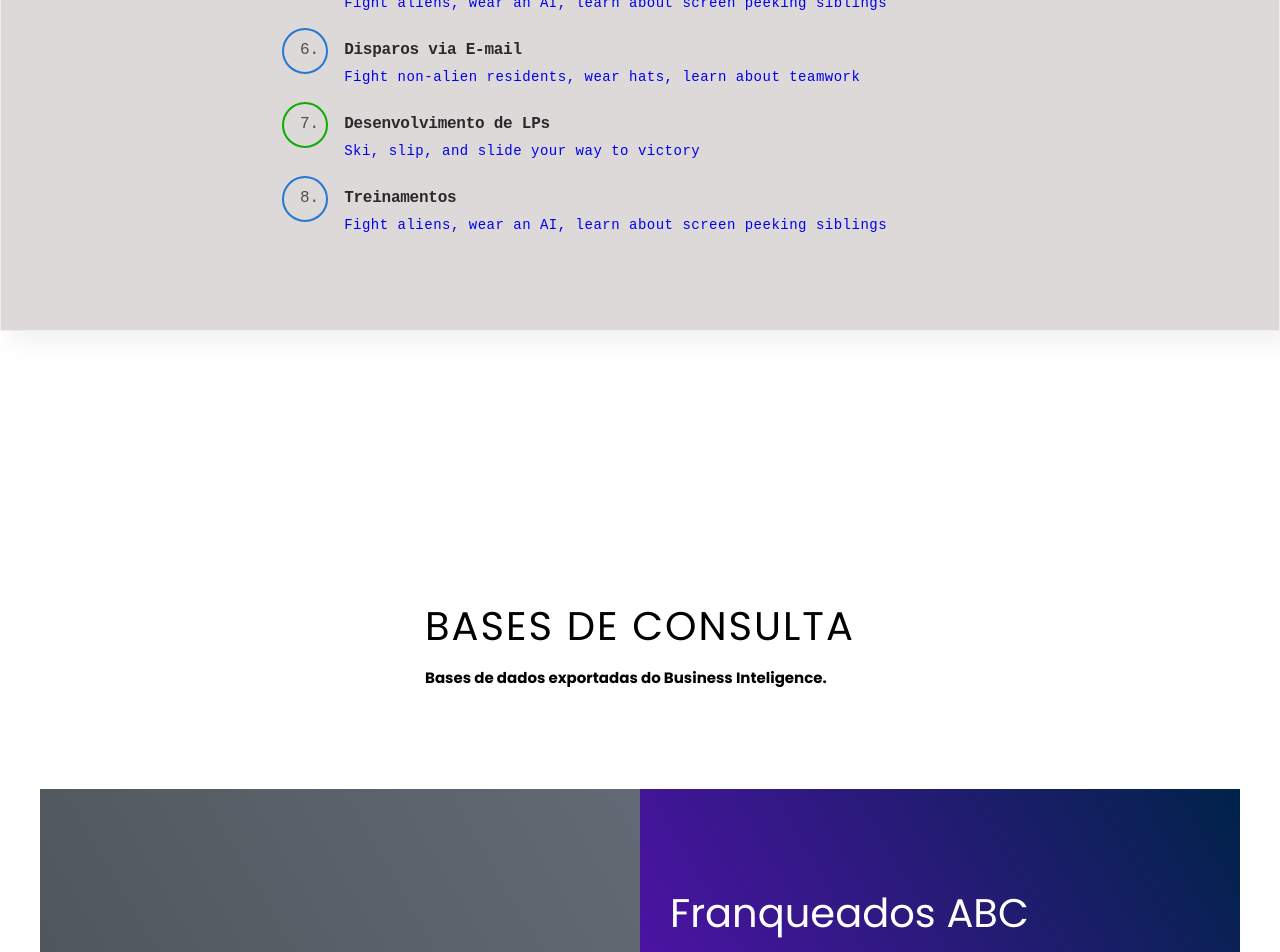
Repository: douglasabnovato/apresentacao
Page: index.html
The author's editor kept a copy of each file at every save. The page is drawn from the files as they stood at one save, then again after the next save.
The browser window is 1280 px wide. The pictures show the part of the page from y = 1353 to 2305 px (the page is 13428 px tall before and 13502 px after).
Pictures or frames that could not be fetched are drawn as grey boxes.

Above is the page before, as saved 2025-01-14 16:11:58.

### index.html
<!DOCTYPE html>
<html lang="pt-br">
  <head>
    <meta charset="UTF-8" />
    <meta name="viewport" content="width=device-width, initial-scale=1.0" />
    <link rel="stylesheet" href="./style.css" />
    <link rel="shortcut icon" href="./public/logo.png" type="image/x-icon">
    <title>Apresentação</title>
  </head>
  <body>
    <section id="presentation">
      <div class="presentation container">
        <div>
          <h1>Olá,<span></span></h1>
          <h1>meu nome é<span></span></h1>
          <h1>Douglas<span></span></h1>
          <a href="#description" type="button" class="cta">ABC CRM - Passo a Passo</a>
        </div>
      </div>
    </section>
    <section id="description">
      <div class="description">
        <div class="description header">
          <h1 class="section-title"><span>ABC CRM - Passo a Passo</span></h1>
          <h2>Nesse portal teremos o passo a passo das tarefas realizadas no CRM.</h2>
          <ol class="alternating-colors">
              <li>
                <a href="#project-1">
                  <strong>Bases de Consulta</strong>
                  <p>Fight aliens, wear a head crab, learn about gravity</p>
                </a>
              </li>
              <li>
                <a href="#project-2">
                  <strong>CRUD Guide Shop</strong>
                  <p>Fight aliens, wear an AI, learn about screen peeking siblings</p>
                </a>
              </li>
            <li>
              <a href="#project-3">
                <strong>Hospedagem de Vídeos</strong>
                <p>Fight aliens, wear an AI, learn about screen peeking siblings</p>
              </a>
            </li>
            <li><a href="#project-4">
              <strong>Treinamentos</strong>
              <p>Fight aliens, wear an AI, learn about screen peeking siblings</p>
            </a></li>
            <li><a href="#project-5">
              <strong>Disparos via Whatsapp</strong>
              <p>Fight aliens, wear an AI, learn about screen peeking siblings</p>
            </a></li>
            <li><a href="#project-6">
              <strong>Disparos via E-mail</strong>
              <p>Fight non-alien residents, wear hats, learn about teamwork</p>
            </a></li>
            <li><a href="#project-7">
              <strong>Desenvolvimento de LPs</strong>
              <p>Ski, slip, and slide your way to victory</p>
            </a></li>
            <li><a href="#project-8">
              <strong>Treinamentos</strong>
              <p>Fight aliens, wear an AI, learn about screen peeking siblings</p>
            </a></li>
          </ol>
        </div>
      </div>
    </section>
    <section id="portfolio">
      <div class="portfolio container">
        <div id="project-1" class="all-projects">
          <div class="portfolio header">
            <h2 class="section-title"><span>BASES de Consulta</span></h1>
            <h2>Bases de dados exportadas do Business Inteligence.</h2>
          </div>
          <div class="project-item">
            <div class="project-info">
              <h1>Franqueados ABC</h1>
              <h2>CONTATOS LOJAS</h2>
              <p>
                consultor de bolso: tel consultor e tel franqueado
              </p>
              <p>
                contato para clientes: tel franquia
              </p>
              <p>
                Local do arquivo: \Relatórios BI - BI - Bases CRM\BI - Monitoramento Ações CRM BASE GUIDE SHOP
              </p>
            </div>
            <div class="project-img">
              <img src="./assets/1-multi-PR-Guarapuava.png" alt="img" />
            </div>
          </div>
          <div class="project-item">
            <div class="project-info">
              <h1>Projeto 2</h1>
              <h2>Codar é vida</h2>
              <p>
                Lorem ipsum dolor sit amet, consectetur adipiscing elit. Donec
                nec eros leo. Vestibulum aliquam vel libero eget porttitor. Nunc
                nisl nunc, suscipit quis quam ut, congue fermentum ipsum. In
                consectetur, leo a accumsan eleifend, tortor leo eleifend nunc,
                sed pulvinar neque urna vitae dui.
              </p>
            </div>
            <div class="project-img">
              <img src="./assets/2-light-SC-Jaragua-do-Sul.png" alt="img" />
            </div>
          </div>
          <div class="project-item">
            <div class="project-info">
              <h1>Projeto 3</h1>
              <h2>Codar é amor</h2>
              <p>
                Lorem ipsum dolor sit amet, consectetur adipiscing elit. Donec
                nec eros leo. Vestibulum aliquam vel libero eget porttitor. Nunc
                nisl nunc, suscipit quis quam ut, congue fermentum ipsum. In
                consectetur, leo a accumsan eleifend, tortor leo eleifend nunc,
                sed pulvinar neque urna vitae dui.
              </p>
            </div>
            <div class="project-img">
              <img src="./assets/3-total-PR-Curitiba-1.png" alt="img" />
            </div>
          </div>
          <div class="project-item">
            <div class="project-info">
              <h1>Projeto 4</h1>
              <h2>Codar é gostoso demais</h2>
              <p>
                Lorem ipsum dolor sit amet, consectetur adipiscing elit. Donec
                nec eros leo. Vestibulum aliquam vel libero eget porttitor. Nunc
                nisl nunc, suscipit quis quam ut, congue fermentum ipsum. In
                consectetur, leo a accumsan eleifend, tortor leo eleifend nunc,
                sed pulvinar neque urna vitae dui.
              </p>
            </div>
            <div class="project-img">
              <img src="./assets/4-MG-Aimores.png" alt="img" />
            </div>
          </div>
        </div>
        <div id="project-2" class="all-projects">
          <div class="portfolio header">
            <h2 class="section-title"><span>Disparos via Whatsapp</span></h1>
            <h2>Campanhas </h2>
          </div>
          <div class="project-item">
            <div class="project-info">
              <h1>ABC</h1>
              <h2>Codar é daora</h2>
              <p>
                Lorem ipsum dolor sit amet, consectetur adipiscing elit. Donec
                nec eros leo. Vestibulum aliquam vel libero eget porttitor. Nunc
                nisl nunc, suscipit quis quam ut, congue fermentum ipsum. In
                consectetur, leo a accumsan eleifend, tortor leo eleifend nunc,
                sed pulvinar neque urna vitae dui.
              </p>
            </div>
            <div class="project-img">
              <img src="./assets/5-MG-Ipuiuna.png" alt="img" />
            </div>
          </div>
          <div class="project-item">
            <div class="project-info">
              <h1>Projeto 2</h1>
              <h2>Codar é vida</h2>
              <p>
                Lorem ipsum dolor sit amet, consectetur adipiscing elit. Donec
                nec eros leo. Vestibulum aliquam vel libero eget porttitor. Nunc
                nisl nunc, suscipit quis quam ut, congue fermentum ipsum. In
                consectetur, leo a accumsan eleifend, tortor leo eleifend nunc,
                sed pulvinar neque urna vitae dui.
              </p>
            </div>
            <div class="project-img">
              <img src="./assets/6-MG-Uberlandia.png" alt="img" />
            </div>
          </div>
          <div class="project-item">
            <div class="project-info">
              <h1>Projeto 3</h1>
              <h2>Codar é amor</h2>
              <p>
                Lorem ipsum dolor sit amet, consectetur adipiscing elit. Donec
                nec eros leo. Vestibulum aliquam vel libero eget porttitor. Nunc
                nisl nunc, suscipit quis quam ut, congue fermentum ipsum. In
                consectetur, leo a accumsan eleifend, tortor leo eleifend nunc,
                sed pulvinar neque urna vitae dui.
              </p>
            </div>
            <div class="project-img">
              <img src="./assets/7-PR-Cianorte.png" alt="img" />
            </div>
          </div>
          <div class="project-item">
            <div class="project-info">
              <h1>Projeto 4</h1>
              <h2>Codar é gostoso demais</h2>
              <p>
                Lorem ipsum dolor sit amet, consectetur adipiscing elit. Donec
                nec eros leo. Vestibulum aliquam vel libero eget porttitor. Nunc
                nisl nunc, suscipit quis quam ut, congue fermentum ipsum. In
                consectetur, leo a accumsan eleifend, tortor leo eleifend nunc,
                sed pulvinar neque urna vitae dui.
              </p>
            </div>
            <div class="project-img">
              <img src="./assets/8-PR-Curitiba-1.png" alt="img" />
            </div>
          </div>
        </div>
        <div id="project-3" class="all-projects">
          <div class="portfolio header">
            <h2 class="section-title"><span>Projeto 3</span></h1>
            <h2>Campanhas </h2>
          </div>
          <div class="project-item">
            <div class="project-info">
              <h1>ABC</h1>
              <h2>Codar é daora</h2>
              <p>
                Lorem ipsum dolor sit amet, consectetur adipiscing elit. Donec
                nec eros leo. Vestibulum aliquam vel libero eget porttitor. Nunc
                nisl nunc, suscipit quis quam ut, congue fermentum ipsum. In
                consectetur, leo a accumsan eleifend, tortor leo eleifend nunc,
                sed pulvinar neque urna vitae dui.
              </p>
            </div>
            <div class="project-img">
              <img src="./assets/img-1.png" alt="img" />
            </div>
          </div>
          <div class="project-item">
            <div class="project-info">
              <h1>Projeto 2</h1>
              <h2>Codar é vida</h2>
              <p>
                Lorem ipsum dolor sit amet, consectetur adipiscing elit. Donec
                nec eros leo. Vestibulum aliquam vel libero eget porttitor. Nunc
                nisl nunc, suscipit quis quam ut, congue fermentum ipsum. In
                consectetur, leo a accumsan eleifend, tortor leo eleifend nunc,
                sed pulvinar neque urna vitae dui.
              </p>
            </div>
            <div class="project-img">
              <img src="./assets/img-1.png" alt="img" />
            </div>
          </div>
        </div>
        <div id="project-4" class="all-projects">
          <div class="portfolio header">
            <h2 class="section-title"><span>Projeto 4</span></h1>
            <h2>Campanhas </h2>
          </div>
          <div class="project-item">
            <div class="project-info">
              <h1>ABC</h1>
              <h2>Codar é daora</h2>
              <p>
                Lorem ipsum dolor sit amet, consectetur adipiscing elit. Donec
                nec eros leo. Vestibulum aliquam vel libero eget porttitor. Nunc
                nisl nunc, suscipit quis quam ut, congue fermentum ipsum. In
                consectetur, leo a accumsan eleifend, tortor leo eleifend nunc,
                sed pulvinar neque urna vitae dui.
              </p>
            </div>
            <div class="project-img">
              <img src="./assets/img-1.png" alt="img" />
            </div>
          </div>
          <div class="project-item">
            <div class="project-info">
              <h1>Projeto 2</h1>
              <h2>Codar é vida</h2>
              <p>
                Lorem ipsum dolor sit amet, consectetur adipiscing elit. Donec
                nec eros leo. Vestibulum aliquam vel libero eget porttitor. Nunc
                nisl nunc, suscipit quis quam ut, congue fermentum ipsum. In
                consectetur, leo a accumsan eleifend, tortor leo eleifend nunc,
                sed pulvinar neque urna vitae dui.
              </p>
            </div>
            <div class="project-img">
              <img src="./assets/img-1.png" alt="img" />
            </div>
          </div>
        </div>
        <div id="project-5" class="all-projects">
          <div class="portfolio header">
            <h2 class="section-title"><span>Projeto 5</span></h1>
            <h2>Campanhas </h2>
          </div>
          <div class="project-item">
            <div class="project-info">
              <h1>ABC</h1>
              <h2>Codar é daora</h2>
              <p>
                Lorem ipsum dolor sit amet, consectetur adipiscing elit. Donec
                nec eros leo. Vestibulum aliquam vel libero eget porttitor. Nunc
                nisl nunc, suscipit quis quam ut, congue fermentum ipsum. In
                consectetur, leo a accumsan eleifend, tortor leo eleifend nunc,
                sed pulvinar neque urna vitae dui.
              </p>
            </div>
            <div class="project-img">
              <img src="./assets/img-1.png" alt="img" />
            </div>
          </div>
          <div class="project-item">
            <div class="project-info">
              <h1>Projeto 2</h1>
              <h2>Codar é vida</h2>
              <p>
                Lorem ipsum dolor sit amet, consectetur adipiscing elit. Donec
                nec eros leo. Vestibulum aliquam vel libero eget porttitor. Nunc
                nisl nunc, suscipit quis quam ut, congue fermentum ipsum. In
                consectetur, leo a accumsan eleifend, tortor leo eleifend nunc,
                sed pulvinar neque urna vitae dui.
              </p>
            </div>
            <div class="project-img">
              <img src="./assets/img-1.png" alt="img" />
            </div>
          </div>
        </div>
        <div id="project-6" class="all-projects">
          <div class="portfolio header">
            <h2 class="section-title"><span>Projeto 6</span></h1>
            <h2>Campanhas </h2>
          </div>
          <div class="project-item">
            <div class="project-info">
              <h1>ABC</h1>
              <h2>Codar é daora</h2>
              <p>
                Lorem ipsum dolor sit amet, consectetur adipiscing elit. Donec
                nec eros leo. Vestibulum aliquam vel libero eget porttitor. Nunc
                nisl nunc, suscipit quis quam ut, congue fermentum ipsum. In
                consectetur, leo a accumsan eleifend, tortor leo eleifend nunc,
                sed pulvinar neque urna vitae dui.
              </p>
            </div>
            <div class="project-img">
              <img src="./assets/img-1.png" alt="img" />
            </div>
          </div>
          <div class="project-item">
            <div class="project-info">
              <h1>Projeto 2</h1>
              <h2>Codar é vida</h2>
              <p>
                Lorem ipsum dolor sit amet, consectetur adipiscing elit. Donec
                nec eros leo. Vestibulum aliquam vel libero eget porttitor. Nunc
                nisl nunc, suscipit quis quam ut, congue fermentum ipsum. In
                consectetur, leo a accumsan eleifend, tortor leo eleifend nunc,
                sed pulvinar neque urna vitae dui.
              </p>
            </div>
            <div class="project-img">
              <img src="./assets/img-1.png" alt="img" />
            </div>
          </div>
        </div>
        <div id="project-7" class="all-projects">
          <div class="portfolio header">
            <h2 class="section-title"><span>Projeto 7</span></h1>
            <h2>Campanhas </h2>
          </div>
          <div class="project-item">
            <div class="project-info">
              <h1>ABC</h1>
              <h2>Codar é daora</h2>
              <p>
                Lorem ipsum dolor sit amet, consectetur adipiscing elit. Donec
                nec eros leo. Vestibulum aliquam vel libero eget porttitor. Nunc
                nisl nunc, suscipit quis quam ut, congue fermentum ipsum. In
                consectetur, leo a accumsan eleifend, tortor leo eleifend nunc,
                sed pulvinar neque urna vitae dui.
              </p>
            </div>
            <div class="project-img">
              <img src="./assets/img-1.png" alt="img" />
            </div>
          </div>
          <div class="project-item">
            <div class="project-info">
              <h1>Projeto 2</h1>
              <h2>Codar é vida</h2>
              <p>
                Lorem ipsum dolor sit amet, consectetur adipiscing elit. Donec
                nec eros leo. Vestibulum aliquam vel libero eget porttitor. Nunc
                nisl nunc, suscipit quis quam ut, congue fermentum ipsum. In
                consectetur, leo a accumsan eleifend, tortor leo eleifend nunc,
                sed pulvinar neque urna vitae dui.
              </p>
            </div>
            <div class="project-img">
              <img src="./assets/img-1.png" alt="img" />
            </div>
          </div>
        </div>
        <div id="project-8" class="all-projects">
          <div class="portfolio header">
            <h2 class="section-title"><span>Projeto 8</span></h1>
            <h2>Campanhas </h2>
          </div>
          <div class="project-item">
            <div class="project-info">
              <h1>ABC</h1>
              <h2>Codar é daora</h2>
              <p>
                Lorem ipsum dolor sit amet, consectetur adipiscing elit. Donec
                nec eros leo. Vestibulum aliquam vel libero eget porttitor. Nunc
                nisl nunc, suscipit quis quam ut, congue fermentum ipsum. In
                consectetur, leo a accumsan eleifend, tortor leo eleifend nunc,
                sed pulvinar neque urna vitae dui.
              </p>
            </div>
            <div class="project-img">
              <img src="./assets/img-1.png" alt="img" />
            </div>
          </div>
          <div class="project-item">
            <div class="project-info">
              <h1>Projeto 2</h1>
              <h2>Codar é vida</h2>
              <p>
                Lorem ipsum dolor sit amet, consectetur adipiscing elit. Donec
                nec eros leo. Vestibulum aliquam vel libero eget porttitor. Nunc
                nisl nunc, suscipit quis quam ut, congue fermentum ipsum. In
                consectetur, leo a accumsan eleifend, tortor leo eleifend nunc,
                sed pulvinar neque urna vitae dui.
              </p>
            </div>
            <div class="project-img">
              <img src="./assets/img-1.png" alt="img" />
            </div>
          </div>
        </div>
        <div id="project-9" class="all-projects">
          <div class="portfolio header">
            <h2 class="section-title"><span>Projeto 9</span></h1>
            <h2>Campanhas </h2>
          </div>
          <div class="project-item">
            <div class="project-info">
              <h1>ABC</h1>
              <h2>Codar é daora</h2>
              <p>
                Lorem ipsum dolor sit amet, consectetur adipiscing elit. Donec
                nec eros leo. Vestibulum aliquam vel libero eget porttitor. Nunc
                nisl nunc, suscipit quis quam ut, congue fermentum ipsum. In
                consectetur, leo a accumsan eleifend, tortor leo eleifend nunc,
                sed pulvinar neque urna vitae dui.
              </p>
            </div>
            <div class="project-img">
              <img src="./assets/img-1.png" alt="img" />
            </div>
          </div>
          <div class="project-item">
            <div class="project-info">
              <h1>Projeto 2</h1>
              <h2>Codar é vida</h2>
              <p>
                Lorem ipsum dolor sit amet, consectetur adipiscing elit. Donec
                nec eros leo. Vestibulum aliquam vel libero eget porttitor. Nunc
                nisl nunc, suscipit quis quam ut, congue fermentum ipsum. In
                consectetur, leo a accumsan eleifend, tortor leo eleifend nunc,
                sed pulvinar neque urna vitae dui.
              </p>
            </div>
            <div class="project-img">
              <img src="./assets/img-1.png" alt="img" />
            </div>
          </div>
        </div>
      </div>
    </section>
  </body>
</html>

Loaded but not shown: style.css (340 lines, source omitted)

After the next save:
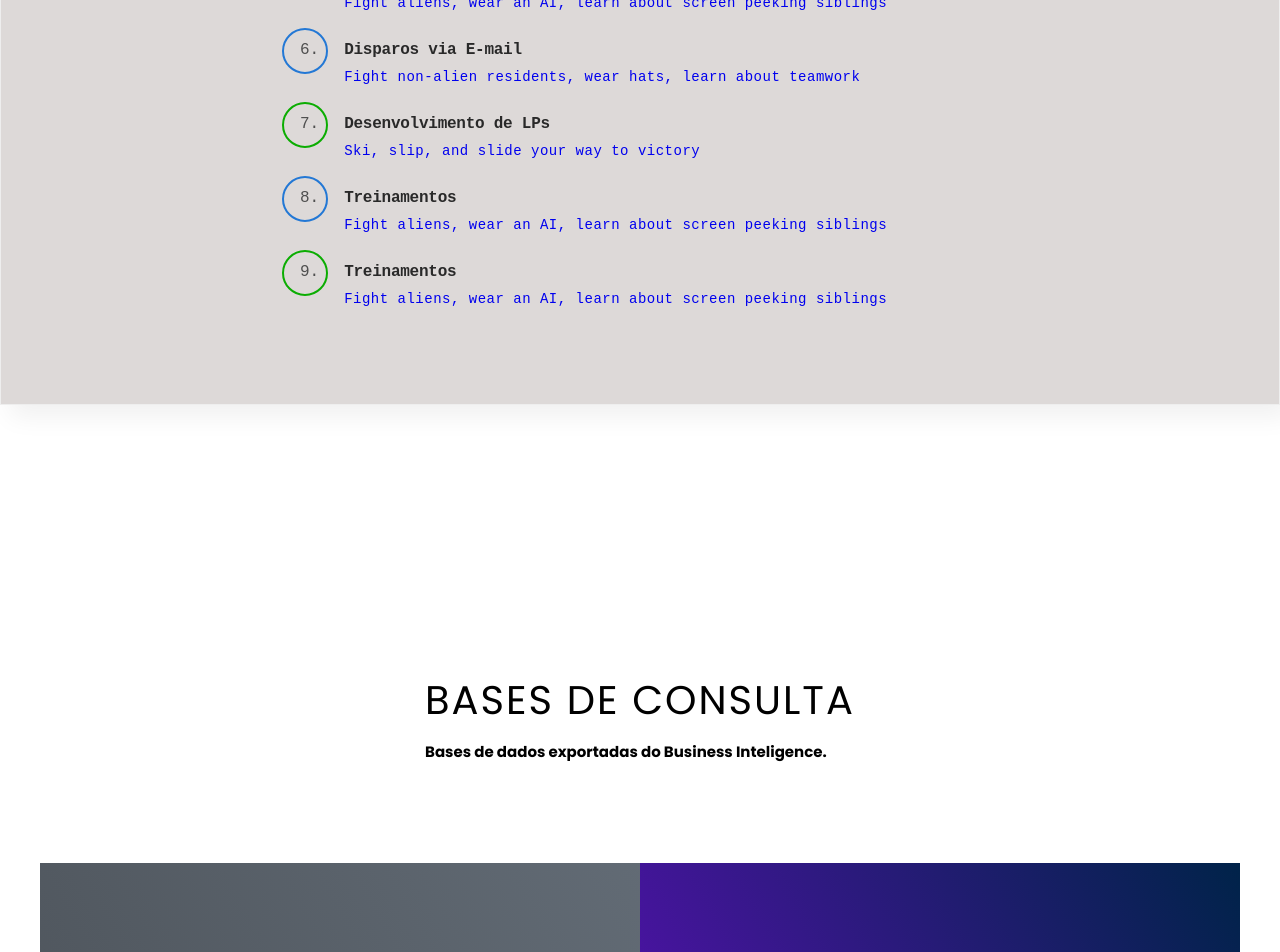
Saved 15 s later.
--- a/index.html
+++ b/index.html
@@ -62,6 +62,10 @@
               <strong>Treinamentos</strong>
               <p>Fight aliens, wear an AI, learn about screen peeking siblings</p>
             </a></li>
+            <li><a href="#project-9">
+              <strong>Treinamentos</strong>
+              <p>Fight aliens, wear an AI, learn about screen peeking siblings</p>
+            </a></li>
           </ol>
         </div>
       </div>
